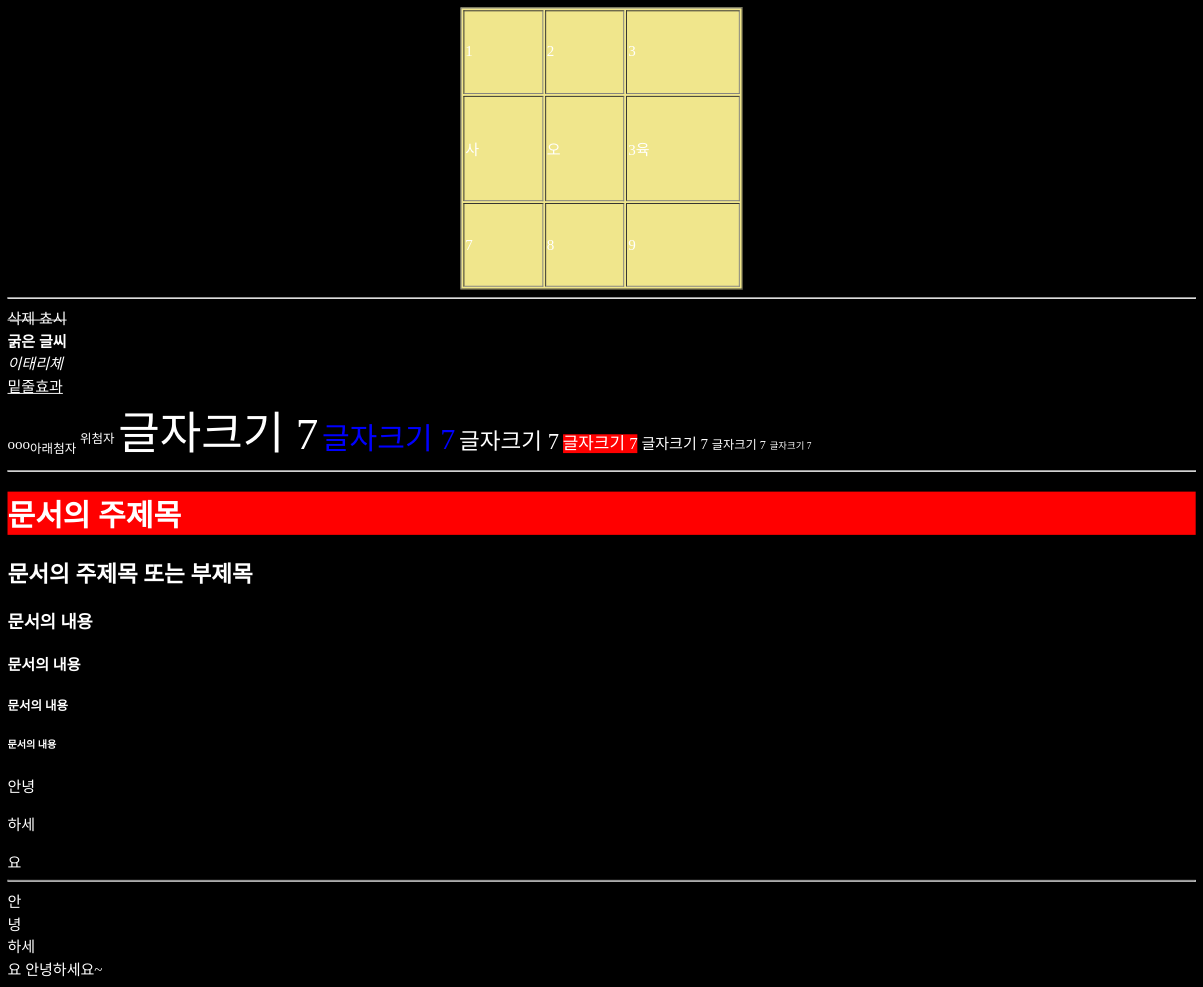
Repository: sjh86/html-day01
Page: html/day01.html
The author's editor kept a copy of each file at every save. The page is drawn from the files as they stood at one save, then again after the next save.
The browser window is 1280 px wide. The pictures show the whole page, at 94% of full size.

Above is the page before, as saved 2021-10-04 05:24:05.

### html/day01.html
<!DOCTYPE html>
<html>
<head>
<meta charset="EUC-KR">
<title>Insert title here</title>
</head>
<body text="white" bgcolor="black">

<table border="1" align="center" height="300" width="300" bgcolor="khaki">
	<tr>
		<td>1</td><td>2</td><td>3</td>
	</tr>
	<tr>
		<td>사</td><td>오</td><td>3육</td>
	</tr>
	<tr>
		<td>7</td><td>8</td><td>9</td>
	</tr>
</table>

<hr>





<strike>삭제 쵸시</strike> <br>
<b>굵은 글씨</b> <br>
<i>이태리체</i> <br>
<u>밑줄효과</u> <br>
ooo<sub>아래첨자</sub> <sup>위첨자</sup>


<font size = "7">글자크기 7</font>
<font size = "6" face="궁서체" color = "blue">글자크기 7</font>
<font size = "5">글자크기 7</font>
<font size = "4" style="background-color: red;">글자크기 7</font>
<font size = "3">글자크기 7</font>
<font size = "2">글자크기 7</font>
<font size = "1">글자크기 7</font>

<hr>

<h1 style="background-color: red;">문서의 주제목</h1>
<h2>문서의 주제목 또는 부제목</h2>
<h3>문서의 내용</h3>
<h4>문서의 내용</h4>
<h5>문서의 내용</h5>
<h6>문서의 내용</h6>
안녕
<p>하세</p>
요
<hr>
안<br>녕<br>
하세<br>
요
<!--

주석
 -->
	안녕하세요~
</body>
</html>

After the next save:
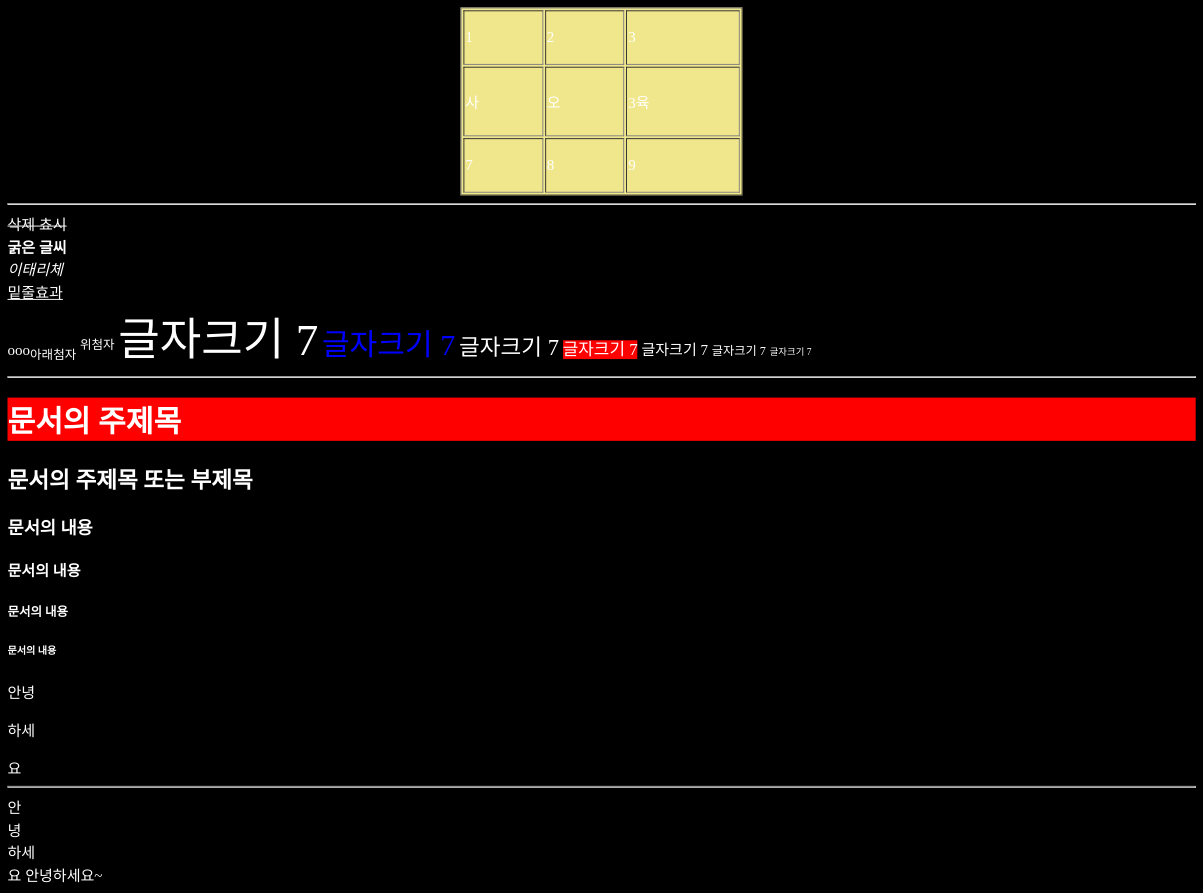
Saved 14 s later.
--- a/html/day01.html
+++ b/html/day01.html
@@ -6,7 +6,7 @@
 </head>
 <body text="white" bgcolor="black">
 
-<table border="1" align="center" height="300" width="300" bgcolor="khaki">
+<table border="1" align="center" height="200" width="300" bgcolor="khaki">
 	<tr>
 		<td>1</td><td>2</td><td>3</td>
 	</tr>
